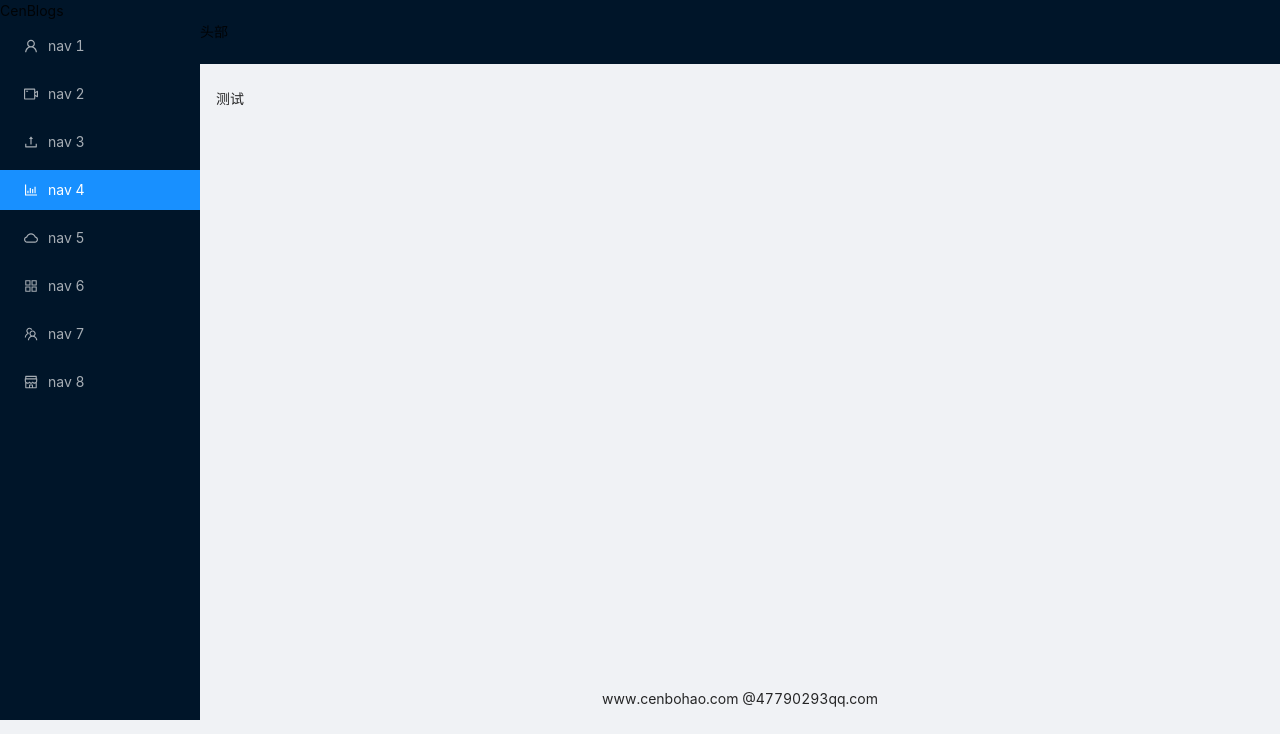
Repository: CBH20010703/BlogsAntd
Page: /
The author's editor kept a copy of each file at every save. The page is drawn from the files as they stood at one save, then again after the next save.
The browser window is 1280 px wide. The pictures show the whole page.
The project was rebuilt for these pictures with package versions that can differ from the ones it lists, and the page was loaded fresh each time. Also part of the build but not shown: src/view/Home/Home.css, src/view/404/Error.jsx.

Above is the page before, as saved 2021-06-20 22:44:20.

After the next save:
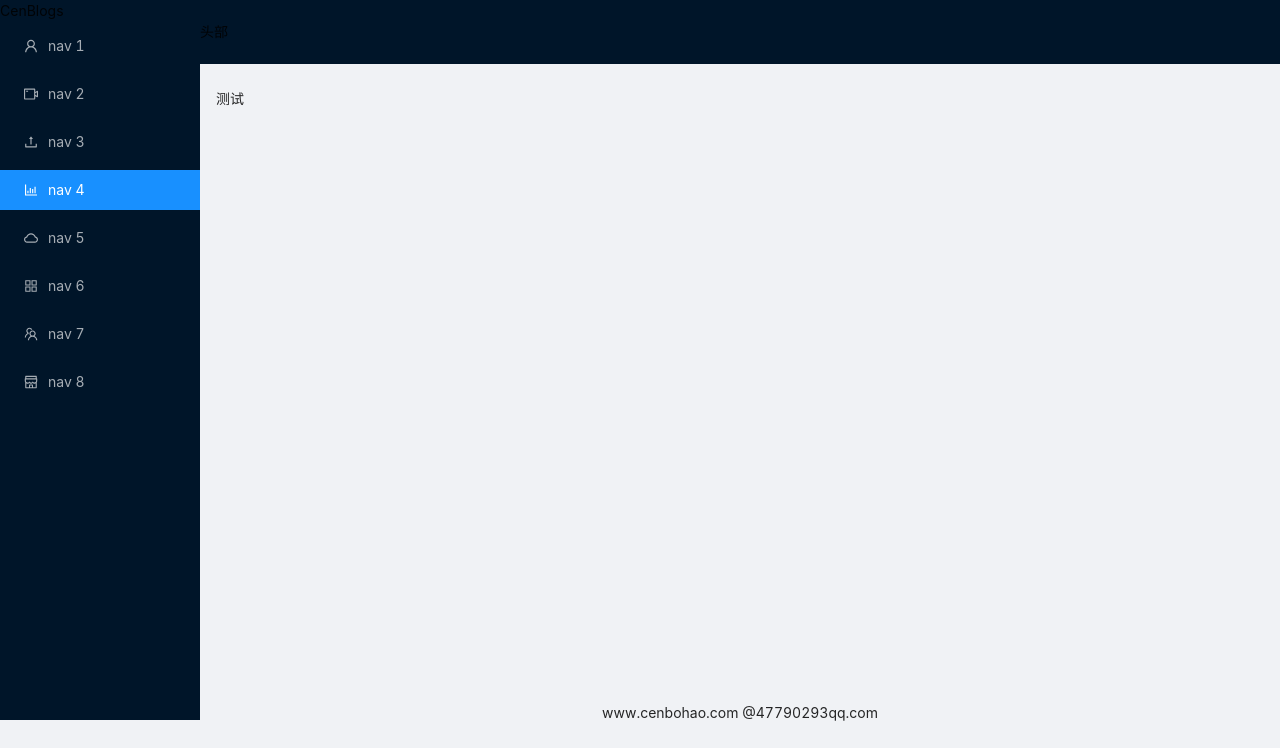
Saved 5 s later.
--- a/src/App.js
+++ b/src/App.js
@@ -32,7 +32,7 @@
     </Sider>
     <Layout className="site-layout" style={{ marginLeft: 200 }}>
       <Headers></Headers>
-     <Content style={{ margin: '24px 16px 0', overflow: 'initial',height:"80vh" }}>
+     <Content style={{ margin: '24px 16px 0', overflow: 'initial',height:"82vh" }}>
           <RouterMap />
       </Content>
       <Footers/>
